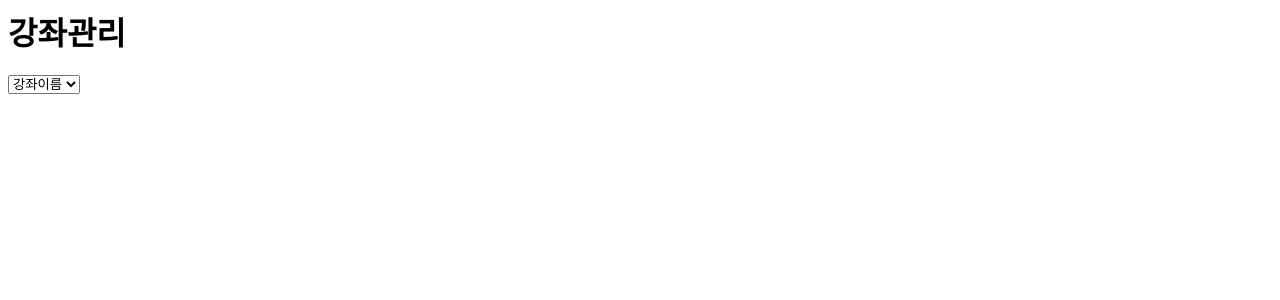
Repository: 7hannr/jsp
Page: http://localhost/ex07/cou/list.jsp
These files come from the project's save history. The page is drawn as it stood at one moment and after the next save; the edit follows.
The browser window is 1280 px wide. The pictures show the whole page.
The page is served by Tomcat 9.

Above is the page before, as saved 2024-05-09 07:02:27.
Console error: ReferenceError: $ is not defined

After the next save:
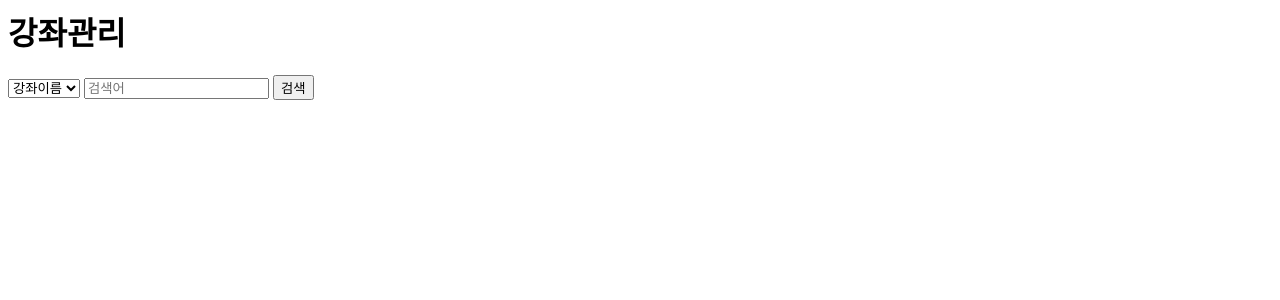
Saved 2 min 47 s later.
--- a/ex07/src/main/webapp/cou/list.jsp
+++ b/ex07/src/main/webapp/cou/list.jsp
@@ -2,20 +2,24 @@
     pageEncoding="EUC-KR"%>
 <div>
 	<h1>강좌관리</h1>
-	<div id="div_cou">
+	<div class="row">
+		<div class="col"></div>
 		<form>
-			<div class="input-group">
+			<div class="input-group mb-2">
 				<select name="key" class="form-select">
 					<option value="lname">강좌이름</option>
 					<option value="lcode">강좌번호</option>
 					<option value="pname">담당교수</option>
 					<option value="room">강의실</option>
 				</select>
+				<input name="word" placeholder="검색어" class="form-control ms-2">
+				<button class="btn btn-secondary">검색</button>
 			</div>
 		</form>
-		<div class="col"></div>
+		</div>
 		<div class="col"></div>
 	</div>
+	<div id="div_cou">
 </div>
 <script id="temp_cou" type="x-handlebars-template">
 	<table class="table table-borderd table-hover">
